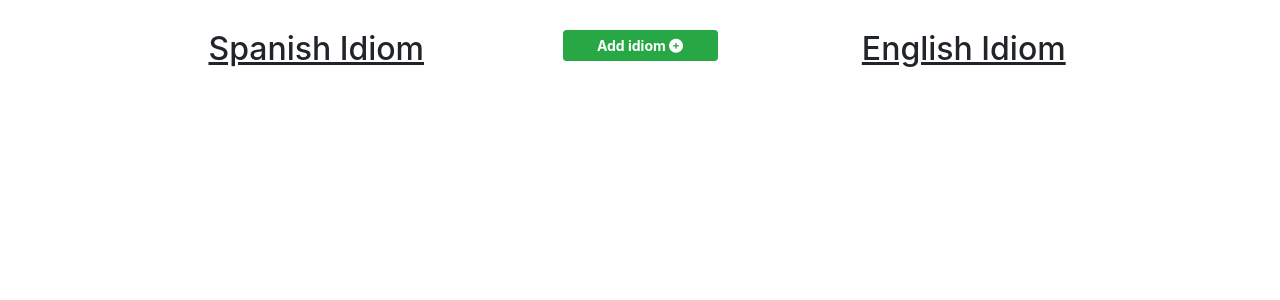
Repository: JK27/idioms-english-spanish
Page: http://localhost/
The author's editor kept a record of every edit. The page is drawn from the files as they stood at one moment, then again after the next edit.
The browser window is 1280 px wide. The pictures show the whole page.
Some web libraries are served in a nearby version. The page is served by the project's application, run on Flask 3 (idioms.py). Queries for data that is not in the repository find no rows.

Above is the page before.
Console error: TypeError: Cannot read properties of undefined (reading 'fn')

### templates/idioms.html
{% extends "base.html" %} {% block content %}

<div class="row header-row">
    <div class="col-5">
        <h2>Spanish Idiom</h2>
    </div>
    <div class="col-2">
        <a class="btn btn-success btn-sm add-button" href="{{url_for('add_idiom')}}" role="button"><strong>Add idiom </strong><i class="fas fa-plus-circle"></i></a>
    </div>
    <div class="col-5">
        <h2>English Idiom</h2>
    </div>
</div>
{% for idiom in idioms %}

<div class="row">
    <div class="card col-5">
        <div class="card-body">
            <h5 class="card-title"><em>"{{idiom.spanish_idiom}}"</em></h5>
            <p class="card-text"> {{idiom.english_literal}}</p>
            <p class="card-text">{{idiom.english_meaning}}</p>
        </div>
    </div>
    <div class="card middle-column col-2">
        <h5 class="card-title"><em>Equivalent idiom</em></h5>
        <p class="card-text">Literal translation</p>
        <p class="card-text">Meaning</p>
        <a class="btn btn-primary btn-sm middle-button" href="{{url_for('edit_idiom', idiom_id=idiom._id)}}" role="button"><strong>Edit this idiom </strong><i class="fas fa-edit"></i></a>
        <a class="btn btn-danger btn-sm middle-button" href="{{url_for('delete_idiom', idiom_id=idiom._id)}}" role="button"><strong>Delete this idiom </strong><i class="fas fa-trash-alt"></i></a>

    </div>

    <div class="card col-5">
        <div class="card-body">
            <h5 class="card-title"><em>"{{idiom.english_idiom}}"</em></h5>
            <p class="card-text">{{idiom.spanish_literal}}</p>
            <p class="card-text">{{idiom.spanish_meaning}}</p>
        </div>
    </div>

</div>

{% endfor %} {% endblock %}

### templates/base.html
<!DOCTYPE html>
<html lang="en">

<head>
    <meta charset="UTF-8">
    <meta name="viewport" content="width=device-width, initial-scale=1.0">
    <meta http-equiv="X-UA-Compatible" content="ie=edge">

    <link href="https://stackpath.bootstrapcdn.com/bootstrap/4.3.1/css/bootstrap.min.css" rel="stylesheet" integrity="sha384-ggOyR0iXCbMQv3Xipma34MD+dH/1fQ784/j6cY/iJTQUOhcWr7x9JvoRxT2MZw1T" crossorigin="anonymous">
    <link rel="stylesheet" href="{{url_for('static', filename='css/style.css')}}" type="text/css" />

    <script src="https://kit.fontawesome.com/5d6ba07855.js"></script>
    <script src="https://stackpath.bootstrapcdn.com/bootstrap/4.3.1/js/bootstrap.min.js" integrity="sha384-JjSmVgyd0p3pXB1rRibZUAYoIIy6OrQ6VrjIEaFf/nJGzIxFDsf4x0xIM+B07jRM" crossorigin="anonymous"></script>

    <title>Idioms English - Spanish</title>
</head>

<body>
    <div class="container">
        {% block content %} {% endblock %}
    </div>
</body>

</html>

### idioms.py
import os
from flask import Flask, render_template, redirect, request, url_for
from flask_pymongo import PyMongo
from bson.objectid import ObjectId

app = Flask(__name__)

app.config["MONGO_DBNAME"] = "idioms-and-proverbs"
app.config["MONGO_URI"] = "mongodb+srv://jk27:07diciembre18@cluster0-9pga0.mongodb.net/idioms-and-proverbs?retryWrites=true&w=majority"

mongo = PyMongo(app)

@app.route("/")
@app.route("/get_idioms")
def get_idioms():
    return render_template("idioms.html", idioms=mongo.db.idioms.find())

# ---------------------------------------------------------------------     Functions to add idioms -- #
@app.route("/add_idiom")
def add_idiom():
    return render_template("addidiom.html")

@app.route("/insert_idiom", methods=["POST"])                           #-- Data from form in addidiom.html is posted using this function...
def insert_idiom():
    idioms = mongo.db.idioms                                            #-- ... data is inserted to the idioms database...
    idioms.insert_one(request.form.to_dict())                           #-- ... inserting one item to the dictionary...
    return redirect(url_for("get_idioms"))                              #-- ... and then redirecting to /get_idioms

# ---------------------------------------------------------------------     Functions to edit idioms -- #
@app.route("/edit_idiom/ <idiom_id>")
def edit_idiom(idiom_id):                                               #-- Use idiom_id to target the idiom that want to edit
    the_idiom = mongo.db.idioms.find_one({"_id":ObjectId(idiom_id)})    #-- Retrieve the idiom from the idioms database, using its id to find it...
    return render_template("editidiom.html", idiom=the_idiom)           #-- ... and then redirecting to /editidiom.html

@app.route("/update_idiom/<idiom_id>", methods=["POST"])                #-- Data from form in editidiom.html is posted using this function...
def update_idiom(idiom_id):
    idioms = mongo.db.idioms                                            #-- ... data is updated in the idioms database...
    idioms.update({"_id":ObjectId(idiom_id)},                           #-- ... updating the item with a specific id...
    {
        "spanish_idiom": request.form.get("spanish_idiom"),             #-- ... each field for that item will be updated taking the input from...
        "english_literal": request.form.get("english_literal"),         #-- ... the corresponding field on the form
        "english_meaning": request.form.get("english_meaning"),
        "english_idiom": request.form.get("english_idiom"),
        "spanish_literal": request.form.get("spanish_literal"),
        "spanish_meaning": request.form.get("spanish_meaning")
    })
    return redirect(url_for("get_idioms"))

# -------------------------------------------------------------------- Function to delete idioms -- #
@app.route("/delete_idiom/<idiom_id>")
def delete_idiom(idiom_id):
    mongo.db.idioms.remove({"_id": ObjectId(idiom_id)})
    return redirect(url_for("get_idioms"))

if __name__ == "__main__":
    app.run(host=os.environ.get("IP"),
            port=int(os.environ.get("PORT")),
            debug=True)

### static/css/style.css
h2 {
    text-align: center;
    text-decoration: underline;
}

.btn-success {
    width: 100%;
}

.header-row {
    margin-top: 30px;
    margin-bottom: 15px;
}

.row {
    margin-right: 0px;
    margin-left: 0px;
}

.middle-column {
    border: 0;
    padding-top: 20px;
    text-align: center;
}

.card {
    margin-bottom: 15px;
}

After the next edit:
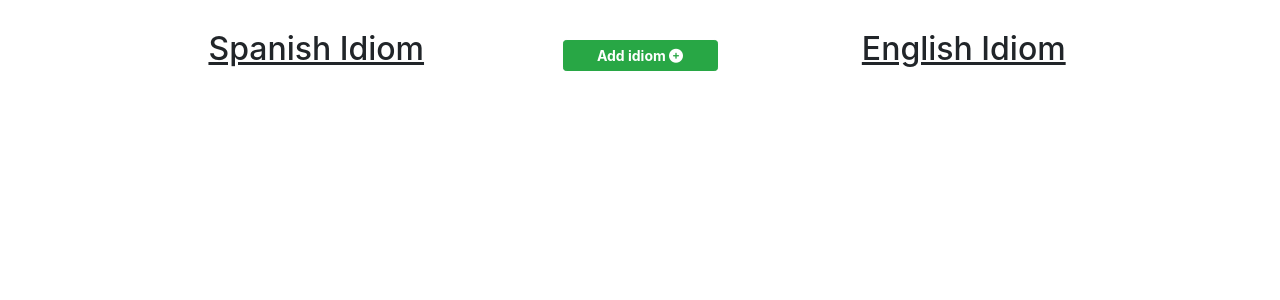
The edit:
--- a/static/css/style.css
+++ b/static/css/style.css
@@ -3,8 +3,9 @@
     text-decoration: underline;
 }
 
-.btn-success {
+.add-button {
     width: 100%;
+    margin-top: 10px;
 }
 
 .header-row {
